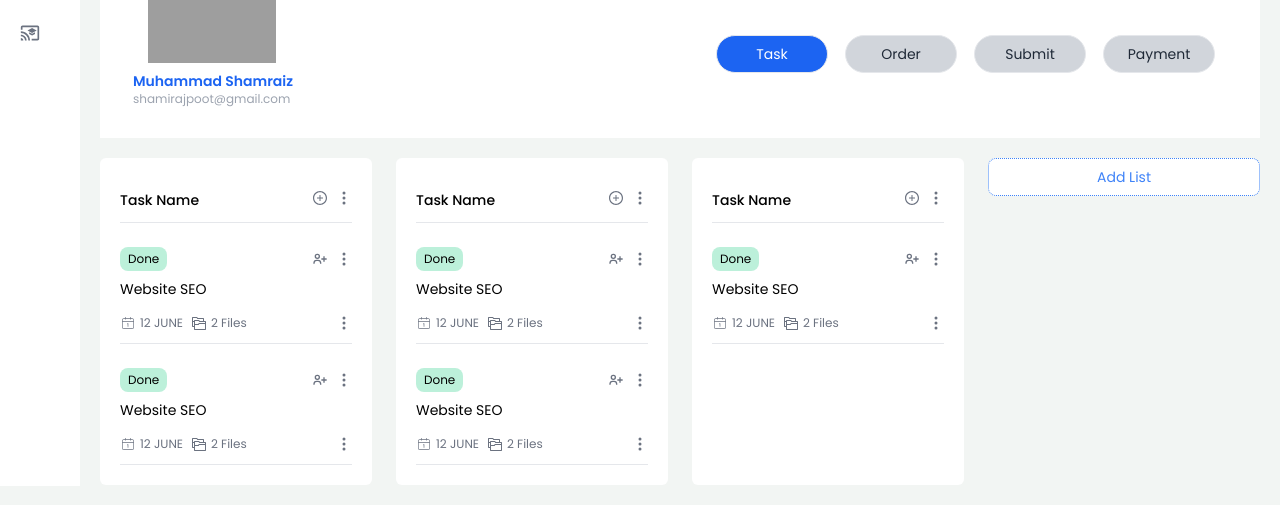
Repository: Shamraiz761/Frontend-Assessment
Page: /
These files come from the project's save history. The page is drawn as it stood at one moment and after the next save; the edit follows.
The browser window is 1280 px wide. The pictures show the part of the page from y = 234 to 739 px (the page is 739 px tall).
Pictures or frames that could not be fetched are drawn as grey boxes. The project was rebuilt for these pictures with package versions that can differ from the ones it lists, and the page was loaded fresh each time. Also part of the build but not shown: vite.config.js. Imported but missing from the stored project, and not drawn on this page: src/pages/auth/login.

Above is the page before, as saved 2023-06-09 12:32:22.

After the next save:
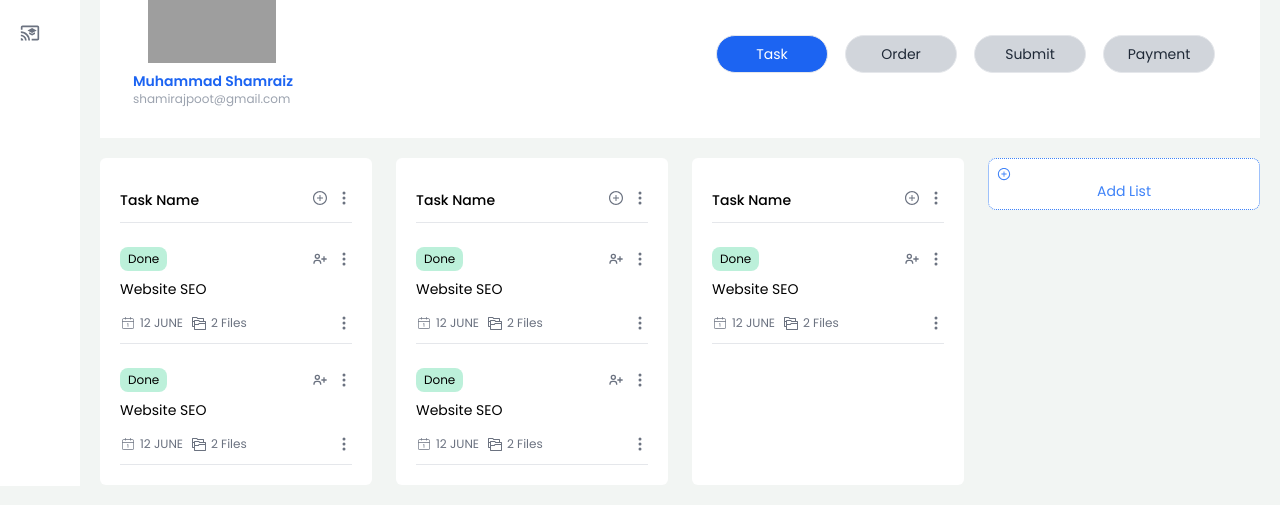
Saved 42 s later.
--- a/src/pages/Dashboard/index.jsx
+++ b/src/pages/Dashboard/index.jsx
@@ -52,7 +52,7 @@ function Home() {
             className="bg-white text-blue-500 rounded-lg border border-dotted border-blue-500 px-2 py-2 text-sm w-full"
             type="button"
           >
-            Add List
+            <AiOutlinePlusCircle className="mr-2" /> Add List
           </button>
           <div>
             <div
